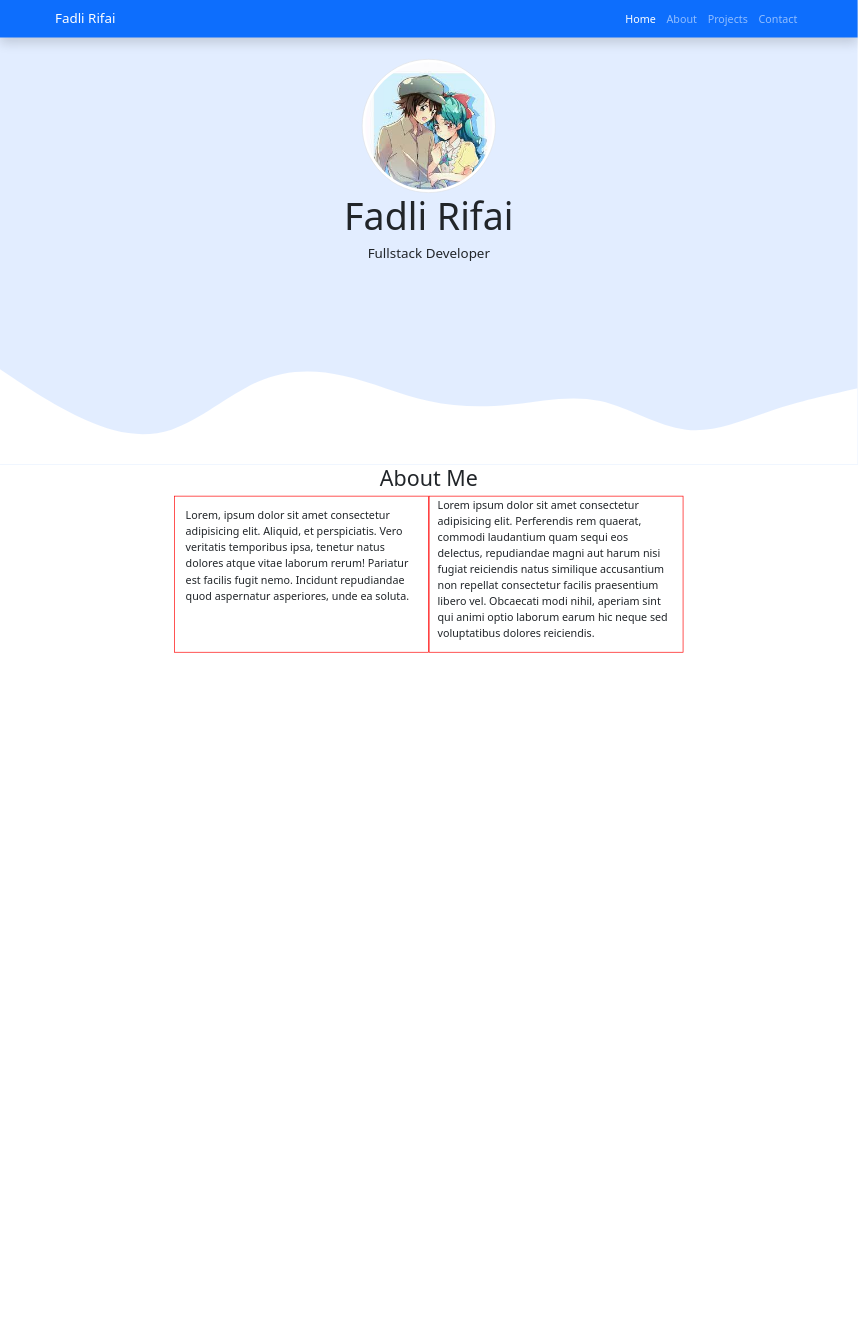
Repository: fadlyyy/fadli-dev.github.io
Page: index.html
An editor plug-in stored every save of this project. The page is shown before and after the next save, followed by the edit.
The browser window is 1280 px wide. The pictures show the whole page, at 67% of full size.

Above is the page before, as saved 2024-01-19 10:33:28.

### index.html
<!DOCTYPE html>
<html lang="en">
  <head>
    <meta charset="utf-8" />
    <meta name="viewport" content="width=device-width, initial-scale=1" />
    <title>Bootstrap demo</title>
    <link href="https://cdn.jsdelivr.net/npm/bootstrap@5.2.3/dist/css/bootstrap.min.css" rel="stylesheet" integrity="sha384-rbsA2VBKQhggwzxH7pPCaAqO46MgnOM80zW1RWuH61DGLwZJEdK2Kadq2F9CUG65" crossorigin="anonymous" />
    <link rel="stylesheet" href="style.css" />
  </head>
  <body>
    <!-- Navbar -->
    <nav class="navbar navbar-expand-lg navbar-dark bg-primary shadow">
      <div class="container">
        <a class="navbar-brand" href="#">Fadli Rifai</a>
        <button class="navbar-toggler" type="button" data-bs-toggle="collapse" data-bs-target="#navbarNav" aria-controls="navbarNav" aria-expanded="false" aria-label="Toggle navigation">
          <span class="navbar-toggler-icon"></span>
        </button>
        <div class="collapse navbar-collapse" id="navbarNav">
          <ul class="navbar-nav ms-auto">
            <li class="nav-item">
              <a class="nav-link active" aria-current="page" href="#">Home</a>
            </li>
            <li class="nav-item">
              <a class="nav-link" href="#">About</a>
            </li>
            <li class="nav-item">
              <a class="nav-link" href="#">Projects</a>
            </li>
            <li class="nav-item">
              <a class="nav-link" href="#">Contact</a>
            </li>
          </ul>
        </div>
      </div>
    </nav>
    <!-- Navbar End -->

    <!-- Jumbotron -->
    <section class="jumbotron text-center">
      <img class="rounded-circle img-thumbnail" src="img/images.jpeg" alt="" width="200" />
      <h1 class="display-4">Fadli Rifai</h1>
      <p class="lead">Fullstack Developer</p>
      <svg xmlns="http://www.w3.org/2000/svg" viewBox="0 0 1440 320">
        <path
          fill="#ffffff"
          fill-opacity="1"
          d="M0,160L24,176C48,192,96,224,144,245.3C192,267,240,277,288,261.3C336,245,384,203,432,181.3C480,160,528,160,576,170.7C624,181,672,203,720,213.3C768,224,816,224,864,218.7C912,213,960,203,1008,213.3C1056,224,1104,256,1152,261.3C1200,267,1248,245,1296,229.3C1344,213,1392,203,1416,197.3L1440,192L1440,320L1416,320C1392,320,1344,320,1296,320C1248,320,1200,320,1152,320C1104,320,1056,320,1008,320C960,320,912,320,864,320C816,320,768,320,720,320C672,320,624,320,576,320C528,320,480,320,432,320C384,320,336,320,288,320C240,320,192,320,144,320C96,320,48,320,24,320L0,320Z"
        ></path>
      </svg>
    </section>
    <!-- Jumbotron End -->

    <!-- About -->
    <section id="about">
      <div class="container">
        <div class="row text-center">
          <div class="col">
            <h2>About Me</h2>
          </div>
        </div>
        <div class="row justify-content-center cek">
          <div class="col-4 p-3">
            <p>
              Lorem, ipsum dolor sit amet consectetur adipisicing elit. Aliquid, et perspiciatis. Vero veritatis temporibus ipsa, tenetur natus dolores atque vitae laborum rerum! Pariatur est facilis fugit nemo. Incidunt repudiandae quod
              aspernatur asperiores, unde ea soluta.
            </p>
          </div>
          <div class="col-4">
            <p>
              Lorem ipsum dolor sit amet consectetur adipisicing elit. Perferendis rem quaerat, commodi laudantium quam sequi eos delectus, repudiandae magni aut harum nisi fugiat reiciendis natus similique accusantium non repellat
              consectetur facilis praesentium libero vel. Obcaecati modi nihil, aperiam sint qui animi optio laborum earum hic neque sed voluptatibus dolores reiciendis.
            </p>
          </div>
        </div>
      </div>
    </section>
    <!-- About End -->

    <script src="https://cdn.jsdelivr.net/npm/bootstrap@5.2.3/dist/js/bootstrap.bundle.min.js" integrity="sha384-kenU1KFdBIe4zVF0s0G1M5b4hcpxyD9F7jL+jjXkk+Q2h455rYXK/7HAuoJl+0I4" crossorigin="anonymous"></script>
  </body>
</html>

### style.css
body {
  min-height: 2000px;
}

.jumbotron {
  padding-top: 2rem;
  background-color: #e2edff;
}

.cek div {
  border: 1px solid red;
}

After the next save:
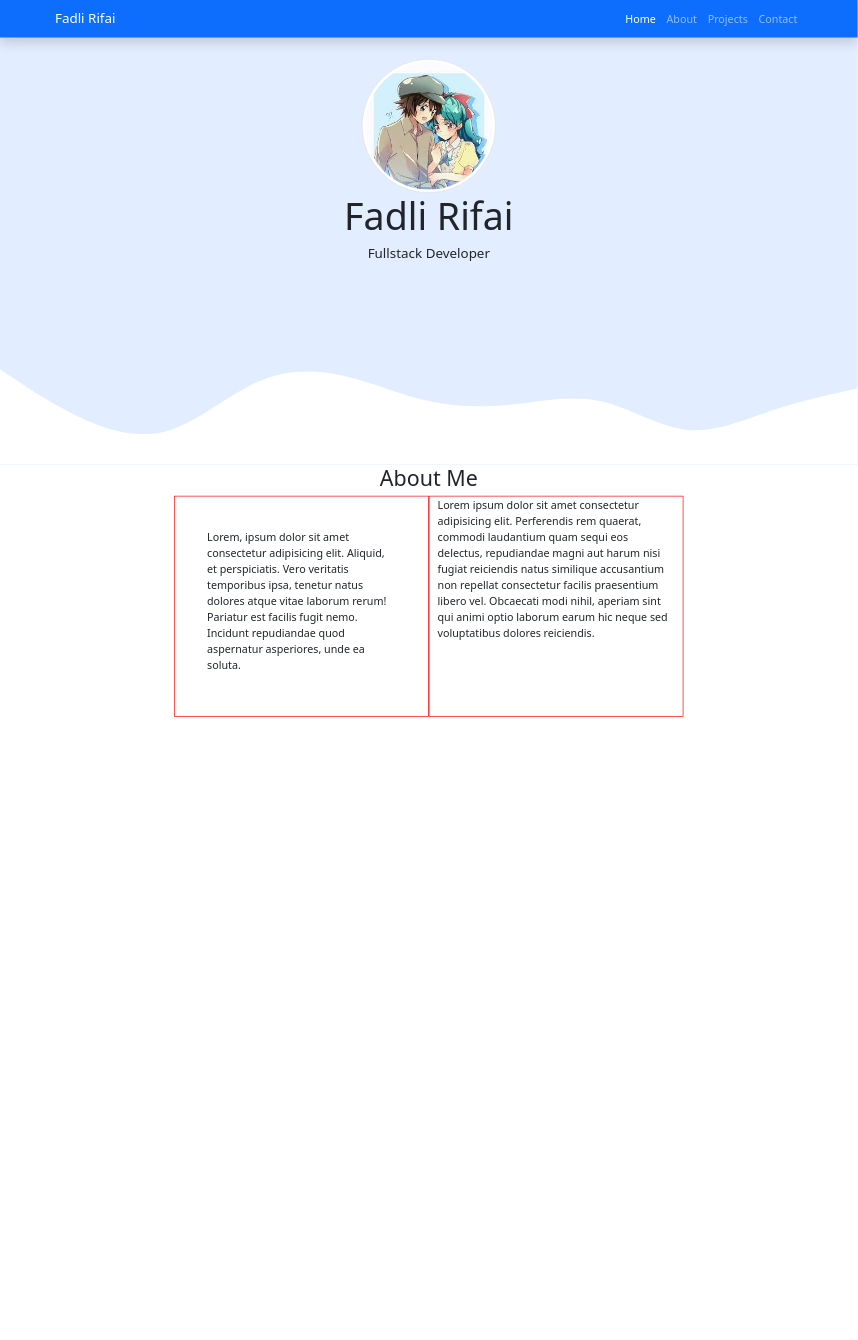
Saved 13 s later.
--- a/index.html
+++ b/index.html
@@ -59,7 +59,7 @@
           </div>
         </div>
         <div class="row justify-content-center cek">
-          <div class="col-4 p-3">
+          <div class="col-4 p-5">
             <p>
               Lorem, ipsum dolor sit amet consectetur adipisicing elit. Aliquid, et perspiciatis. Vero veritatis temporibus ipsa, tenetur natus dolores atque vitae laborum rerum! Pariatur est facilis fugit nemo. Incidunt repudiandae quod
               aspernatur asperiores, unde ea soluta.
